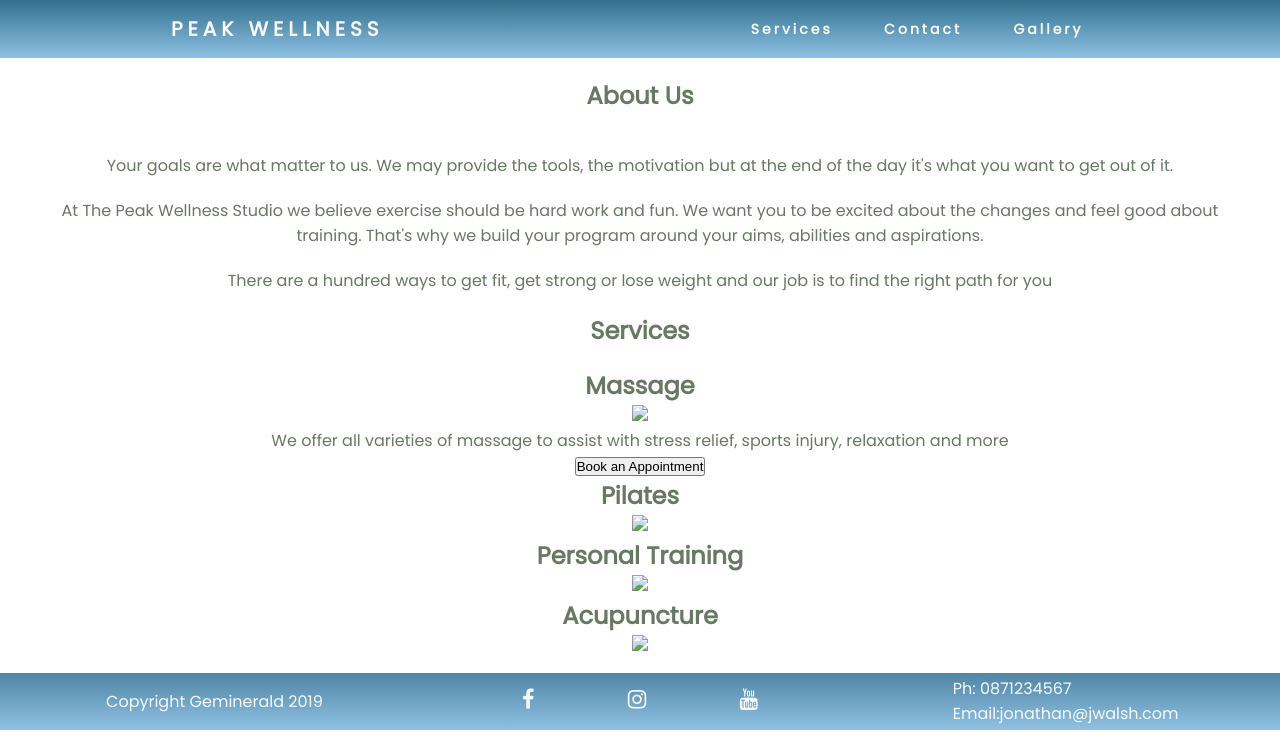
Repository: geminerald/peakwellness
Page: services.html
The author's editor kept a record of every edit. The page is drawn from the files as they stood at one moment, then again after the next edit.
The browser window is 1280 px wide. The pictures show the whole page.

Above is the page before.

After the next edit:
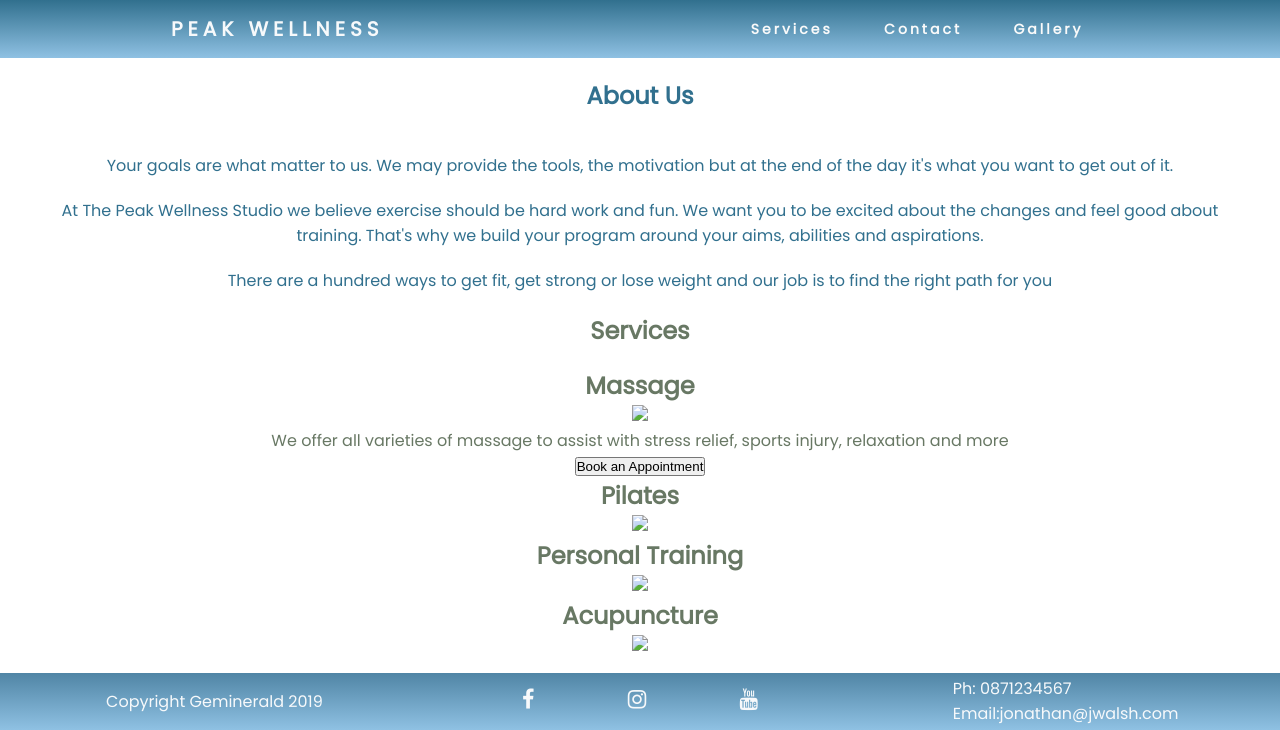
The edit:
--- a/assets/style.css
+++ b/assets/style.css
@@ -184,7 +184,7 @@
     display: flex;
     flex-flow: column wrap;
     align-items: center;
-    color: #687864;
+    color: #31708e;
 }
 
 .about h1,
